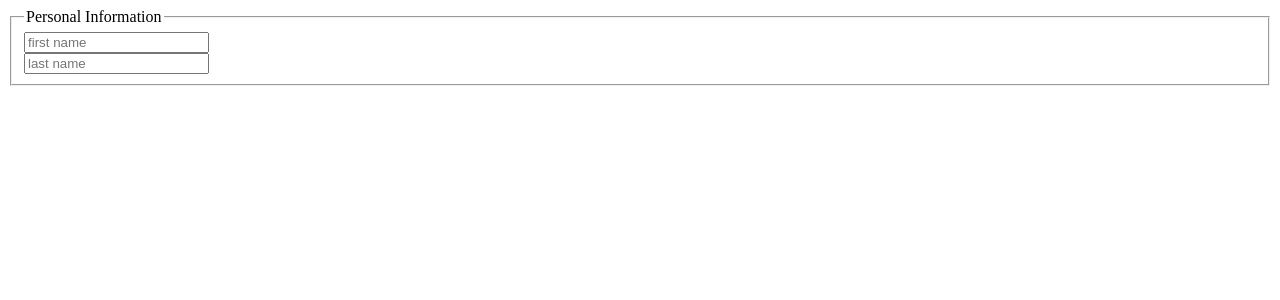
Repository: sauran/SapientTraining
Page: DemoProject/WebContent/Signup.html
An editor plug-in stored every save of this project. The page is shown before and after the next save, followed by the edit.
The browser window is 1280 px wide. The pictures show the whole page.

Above is the page before, as saved 2015-09-15 09:39:47.

### DemoProject/WebContent/Signup.html
<!DOCTYPE html>
<html>
<head>
<meta charset="ISO-8859-1">
<title>Sign Up</title>
</head>
<body >

<form action=""  method = "get">

<fieldset>
<legend> Personal Information</legend>
<input type = "text" name= "FirstName" placeholder= "first name"><br>
<input type = "text" name= "LastName" placeholder= "last name"><br>

</fieldset>



</form>







</body>
</html>

After the next save:
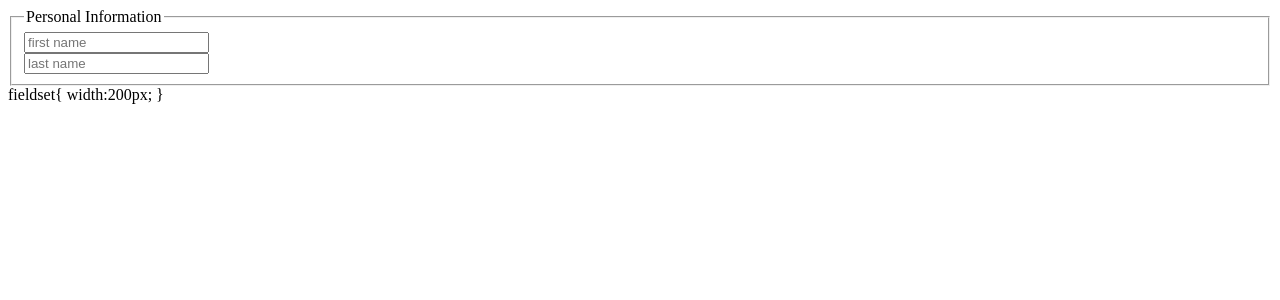
Saved 54 s later.
--- a/DemoProject/WebContent/Signup.html
+++ b/DemoProject/WebContent/Signup.html
@@ -15,6 +15,12 @@
 
 </fieldset>
 
+fieldset{
+
+width:200px;
+
+}
+
 
 
 </form>
